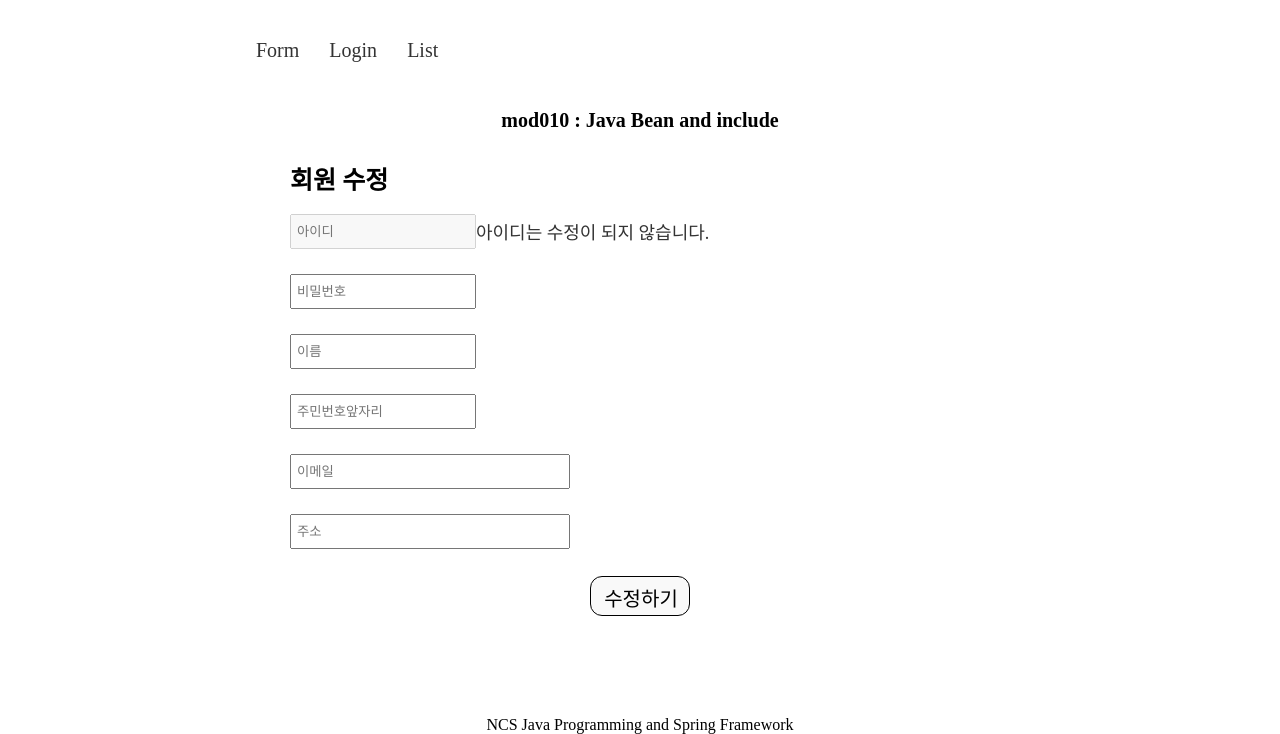
Repository: zeroj-0/eclipseProjects
Page: http://localhost/jv301/mod010/update.jsp
An editor plug-in stored every save of this project. The page is shown before and after the next save, followed by the edit.
The browser window is 1280 px wide. The pictures show the whole page.
The page is served by Tomcat 9.

Above is the page before, as saved 2022-07-08 02:55:21.

After the next save:
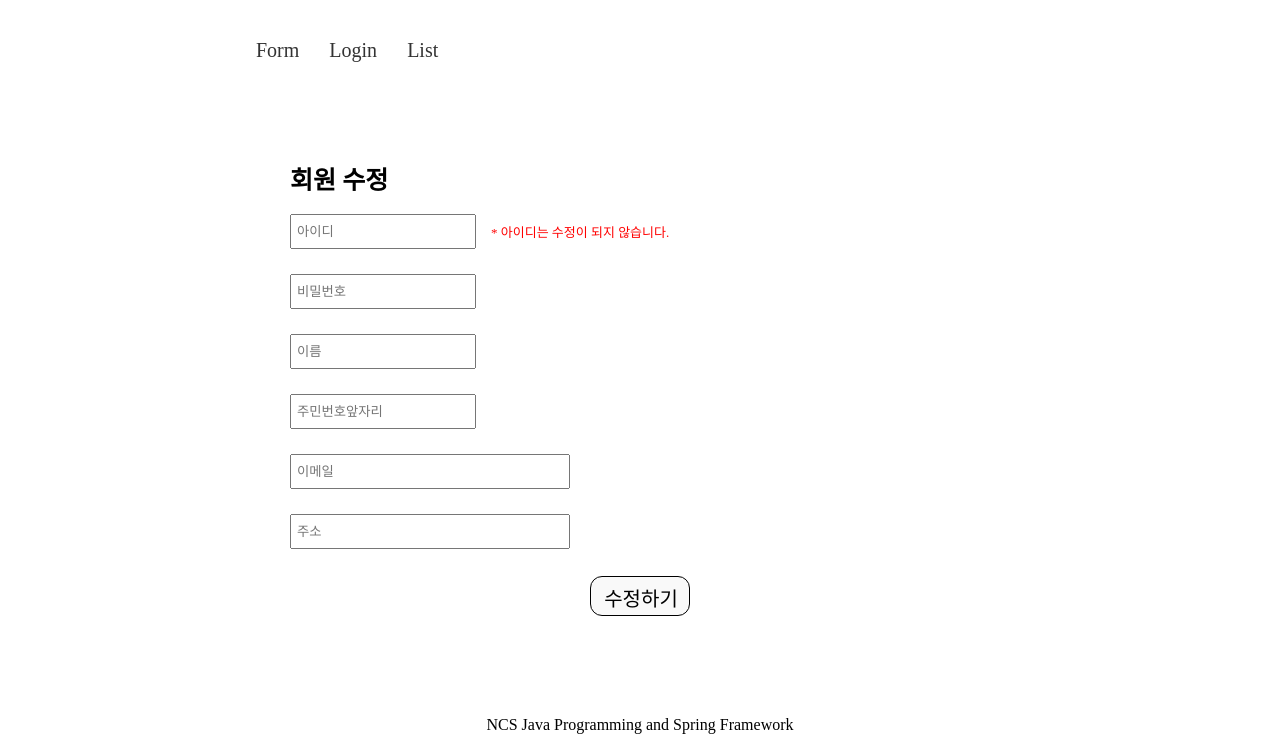
Saved 23 min 54 s later.
--- a/jv301/src/main/webapp/mod010/update.jsp
+++ b/jv301/src/main/webapp/mod010/update.jsp
@@ -20,23 +20,25 @@
   	.address {
   		width: 40%;
   	}
+  	span.id {
+  		font-size: 13px;
+  		color: red;
+  		margin-left: 15px;
+  	}
   </style>
 </head>
 <body>
 <div id="wrapper">
 		<div id="header">
 			<%@ include file="/incl/menu.jsp" %>
-			<jsp:include page="/incl/banner.jsp">
-				<jsp:param name="subtitle" value="mod010 : Java Bean and include" />
-			</jsp:include>
 		</div>
 		<div id="content-wrapper">
 			<div class="container">
 			    <h3>회원 수정</h3>
 			    <form action="update_user.do" method="post">
 			      <div class="d">
-			        <input type="text" name="userId" placeholder="아이디"  value="${findUser.getUserId()}" disabled>
-			        <span class="id">아이디는 수정이 되지 않습니다.</span>
+			        <input type="text" name="userId" placeholder="아이디"  value="${findUser.getUserId()}" readonly>
+			        <span class="id">* 아이디는 수정이 되지 않습니다.</span>
 			      </div>
 			      <div class="d">
 			        <input type="password" name="password" placeholder="비밀번호" value="${findUser.getPasswd() }">
